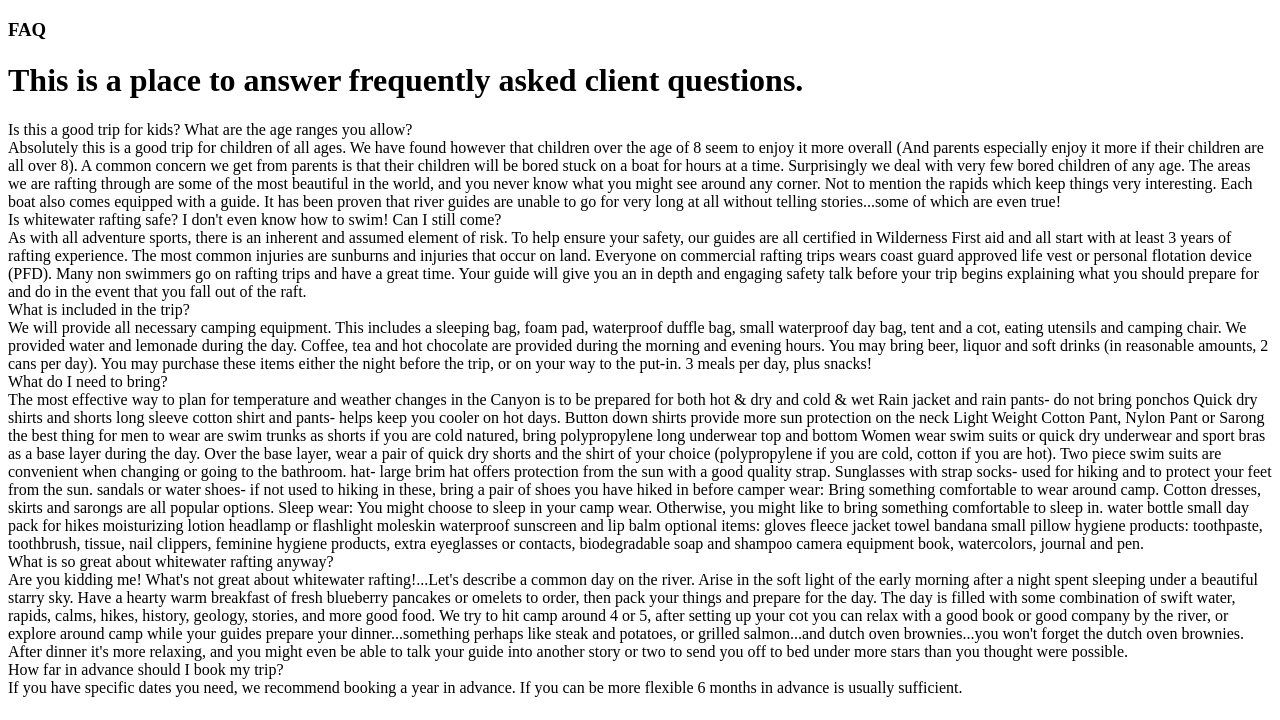
Repository: nak97/WDD-130
Page: wrr/faq.html
The author's editor kept a copy of each file at every save. The page is drawn from the files as they stood at one save, then again after the next save.
The browser window is 1280 px wide. The pictures show the whole page.

Above is the page before, as saved 2023-03-08 09:52:22.

After the next save:
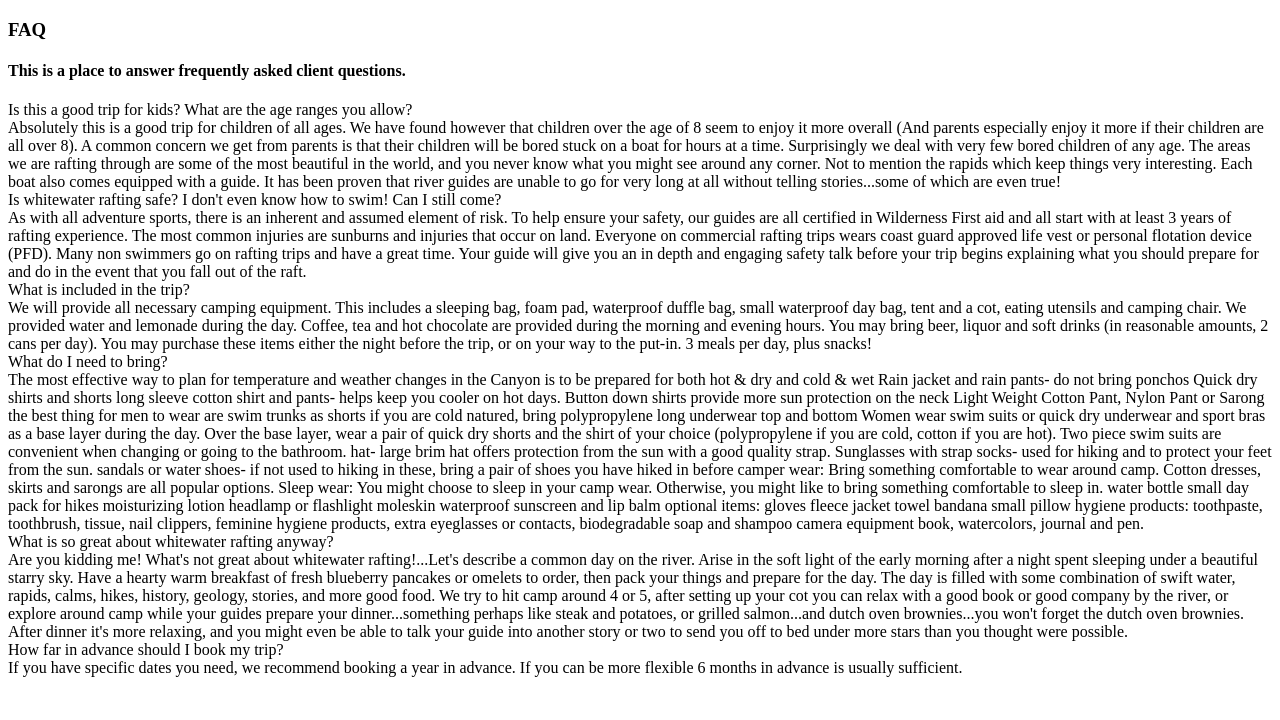
Saved 9 s later.
--- a/wrr/faq.html
+++ b/wrr/faq.html
@@ -13,7 +13,7 @@
 <h3>
   FAQ
 </h3>
-<h1> This is a place to answer frequently asked client questions.</h1>
+<h4> This is a place to answer frequently asked client questions.</h4>
 
 
 <p>
